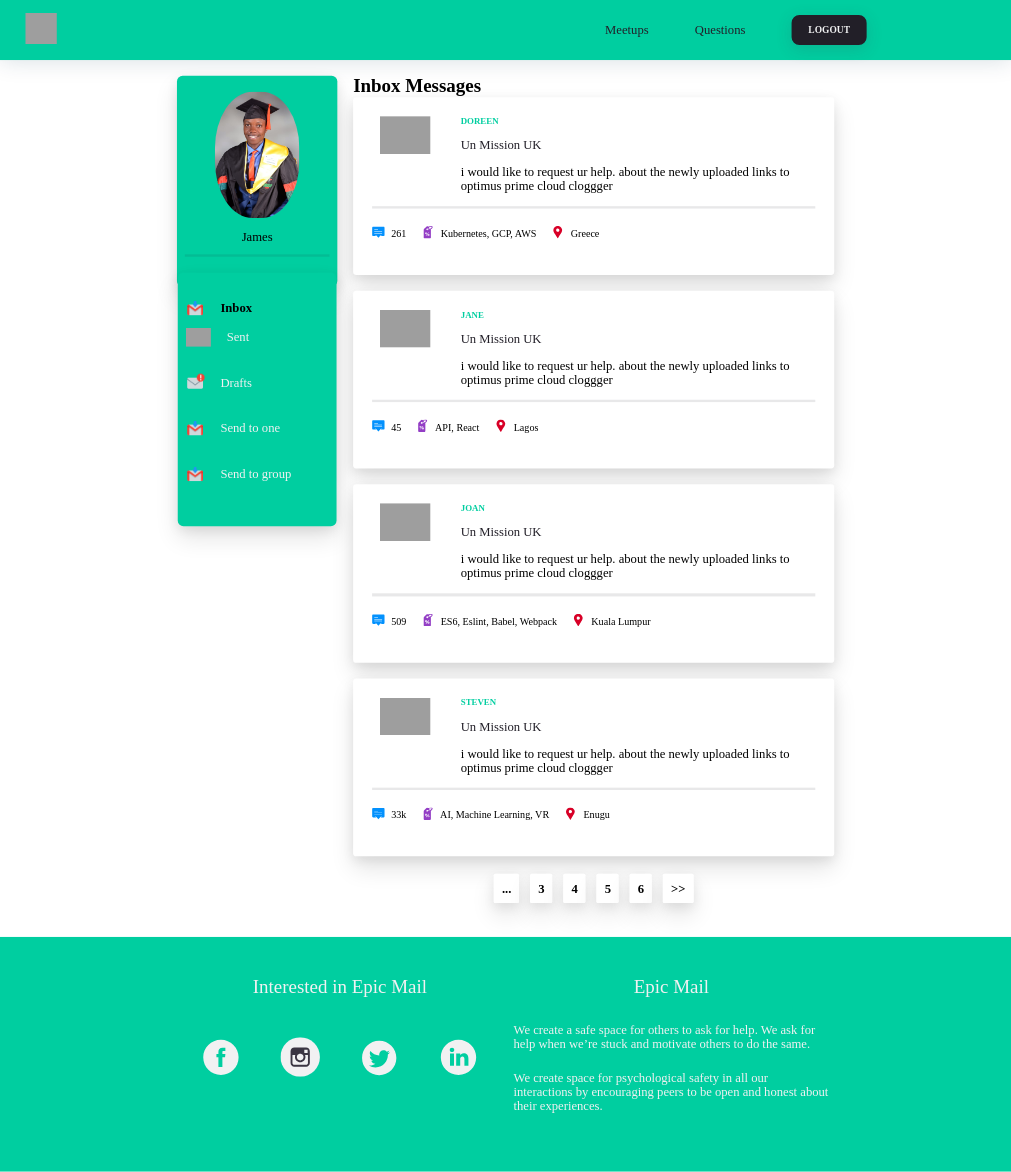
Repository: Gfreedoms/Epic-Mail
Page: pages/profile.html
The author's editor kept a copy of each file at every save. The page is drawn from the files as they stood at one save, then again after the next save.
The browser window is 1280 px wide. The pictures show the whole page, at 79% of full size.
Pictures or frames that could not be fetched are drawn as grey boxes. Some web fonts or font styles are not loaded; a fallback is used.

Above is the page before, as saved 2019-02-26 23:37:24.

After the next save:
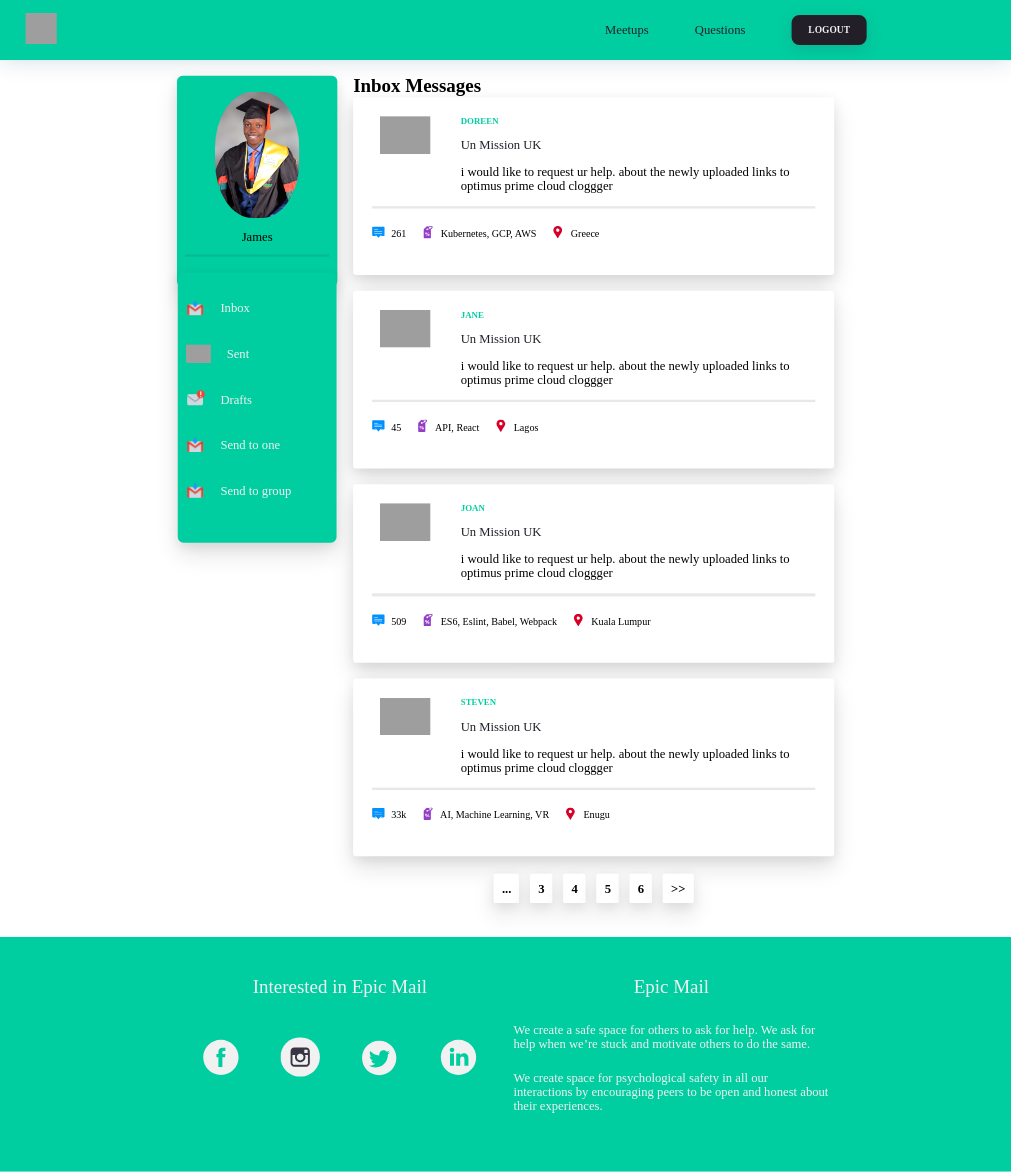
Saved 2 min 1 s later.
--- a/pages/profile.html
+++ b/pages/profile.html
@@ -61,7 +61,9 @@
 					<li>
 						<img src="../assets/imgs/inbox.png" alt="">
 						<div class = "labels">
-						<b>	Inbox</b>
+								<a class="label_links" href="./meetup.html">
+									<h3 class="sm-text">Inbox</h3>
+								</a>
 						</div>
 
 					</li>
